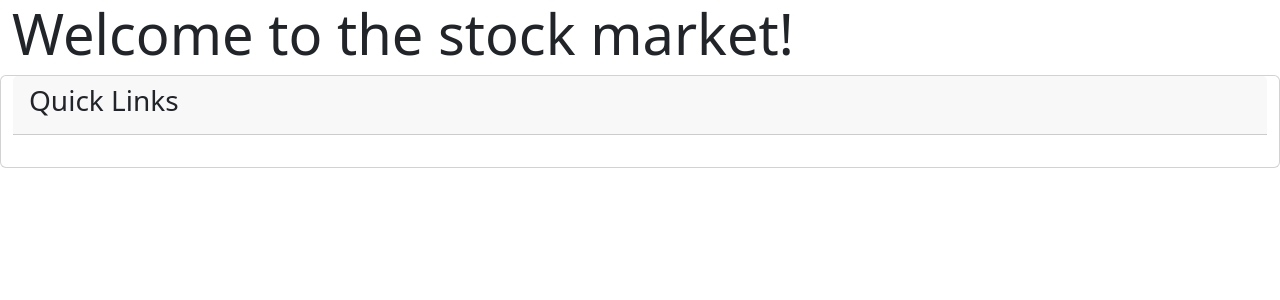
Repository: abdelbaset99/StockMarket
Page: / (app in stockmarket/)
An editor plug-in stored every save of this project. The page is shown before and after the next save, followed by the edit.
The browser window is 1280 px wide. The pictures show the whole page.
The project was rebuilt for these pictures with package versions that can differ from the ones it lists, and the page was loaded fresh each time. Also part of the build but not shown: stockmarket/angular.json, stockmarket/src/app/orders/orders.component.ts, stockmarket/src/app/order.service.ts, stockmarket/src/app/stocks/stocks.component.ts, stockmarket/src/app/stock.service.ts.

Above is the page before, as saved 2023-07-13 12:15:01.

After the next save:
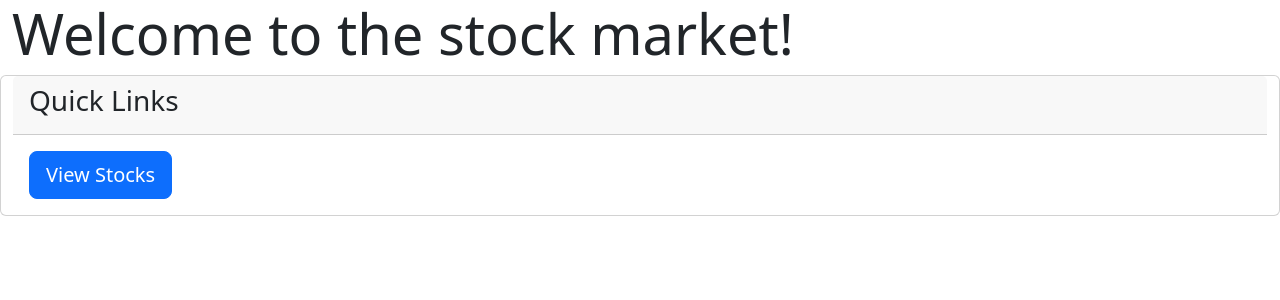
Saved 8 s later.
--- a/stockmarket/src/app/home/home.component.html
+++ b/stockmarket/src/app/home/home.component.html
@@ -10,7 +10,7 @@
         <div class="card-body">
           <!-- <a class="btn btn-primary btn-lg btn-block" routerLink="/stocks">View Stocks</a>
           <a class="btn btn-secondary btn-lg btn-block" routerLink="/orders">View Orders</a> -->
-
+          <a class="btn btn-primary btn-lg btn-block" routerLink="/stocks">View Stocks</a>
         </div>
       </div>
   </div>
